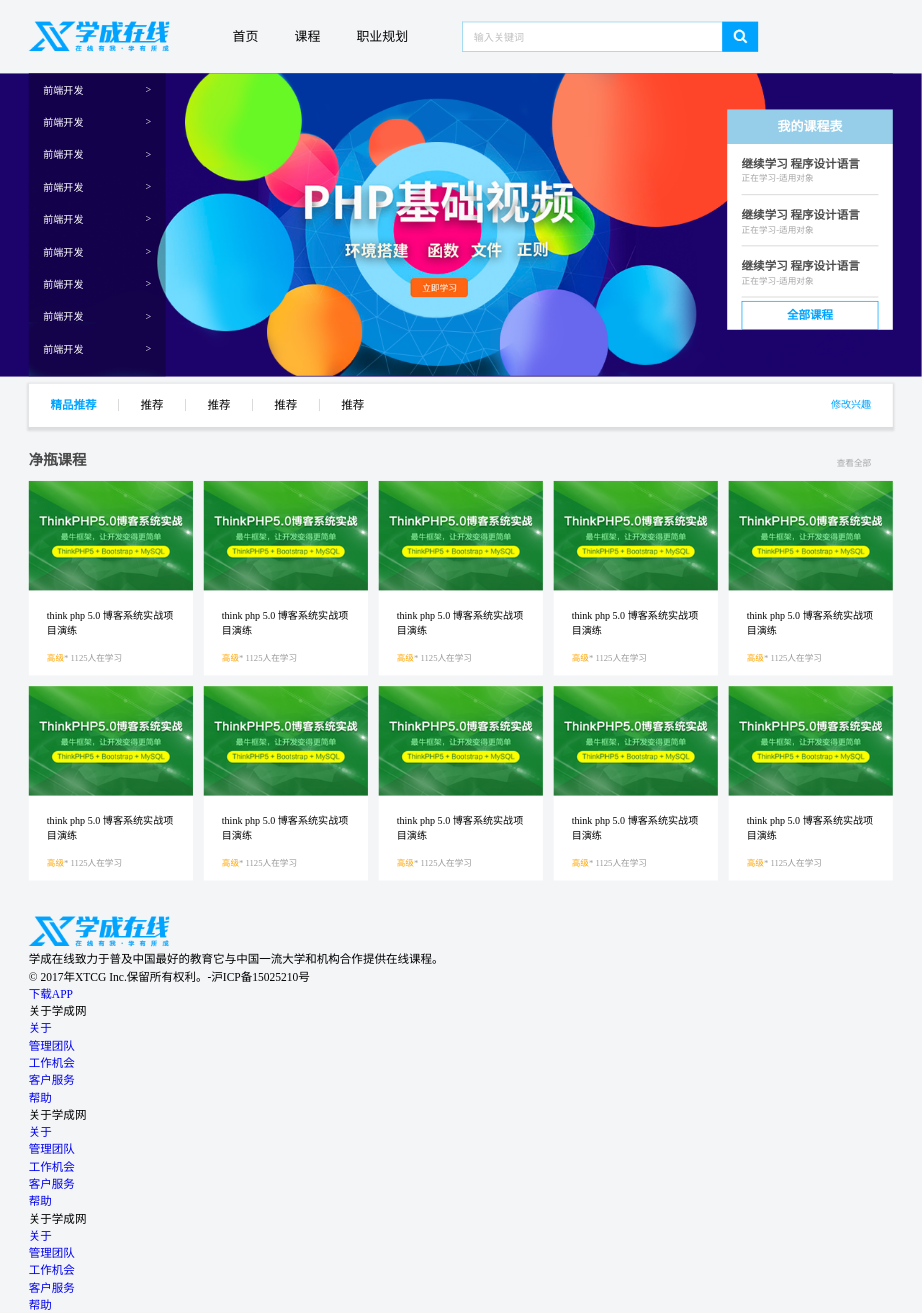
Repository: R1Deemo/Web-Project
Page: index..html
These files come from the project's save history. The page is drawn as it stood at one moment and after the next save; the edit follows.
The browser window is 1280 px wide. The pictures show the whole page, at 72% of full size.

Above is the page before, as saved 2022-03-09 20:08:41.

After the next save:
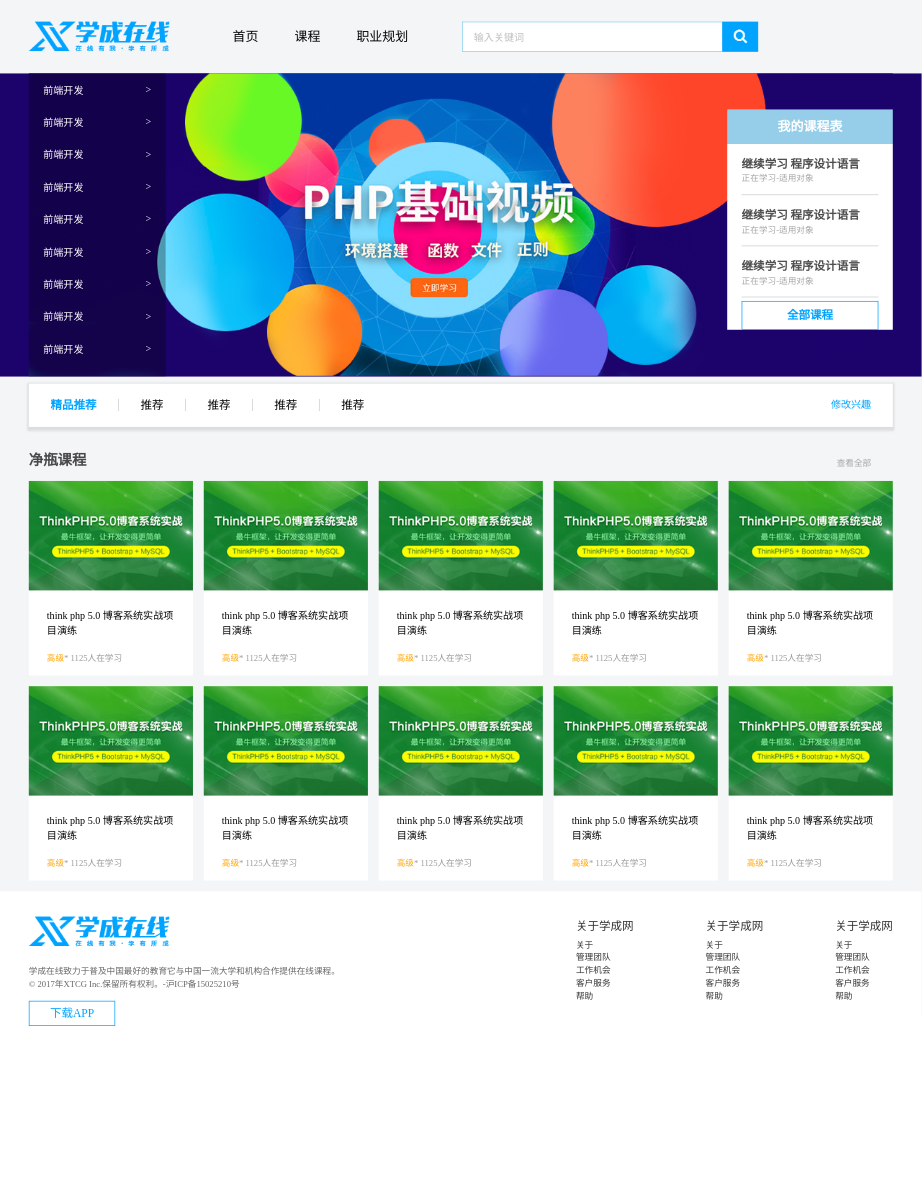
Saved 64 s later.
--- a/style.css
+++ b/style.css
@@ -276,8 +276,50 @@
 
 .footer {
     height: 415px;
+    background-color: #fff;
 }
 
 .footer .w {
     padding-top: 35px;
 }
+
+.copyright {
+    float: left;
+}
+
+.copyright p {
+    font-size: 12px;
+    color: #666;
+    margin: 20px 0 15px 0;
+}
+
+.copyright .app {
+    display: block;
+    width: 118px;
+    height: 33px;
+    border: 1px solid #00a4ff;
+    text-align: center;
+    line-height: 33px;
+    color: #00a4ff;
+    font-size: 16px;
+}
+
+.links {
+    float: right;
+}
+
+.links dl {
+    float: left;
+    margin-left: 100px;
+}
+
+.links dl dt {
+    font-size: 16px;
+    color: #333;
+    margin-bottom: 5px;
+}
+
+.links dl dd a {
+    color: #333;
+    font-size: 12px;
+}
